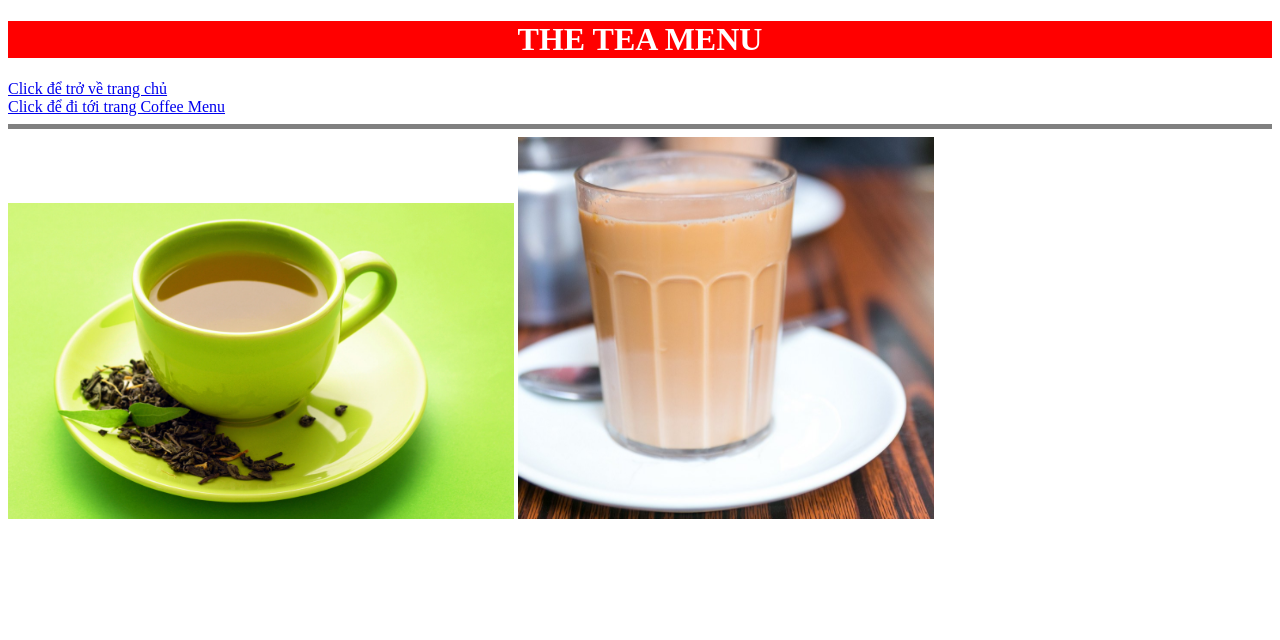
Repository: giahuy405/HomeWork_Coffee
Page: tea.html
These files come from the project's save history. The page is drawn as it stood at one moment and after the next save; the edit follows.
The browser window is 1280 px wide. The pictures show the whole page.

Above is the page before, as saved 2022-09-07 01:30:05.

### tea.html
<!DOCTYPE html>
<html lang="en">
<head>
    <meta charset="UTF-8">
    <meta http-equiv="X-UA-Compatible" content="IE=edge">
    <meta name="viewport" content="width=device-width, initial-scale=1.0">
    <title>Document</title>
    <link rel="stylesheet" href="./css/tea.css">
</head>
<body>
    <header>
        <h1 style="text-align:center;color:white;background-color:red">THE TEA MENU</h1>
        <a href="#">Click để trở về trang chủ</a>
        <br>
        <a href="#">Click để đi tới trang Coffee Menu</a>
        <hr size="5px" noshade>
    </header>
    <div class="intro-img">
        <img style="width:40%" src="./img/Green-Tea.jpg" alt="">
        <img style="40%" src="./img/milktea.png" alt="">
    </div>
</body>
</html>

Loaded but not shown: css/tea.css (no stored copy; drawn as an empty file)

After the next save:
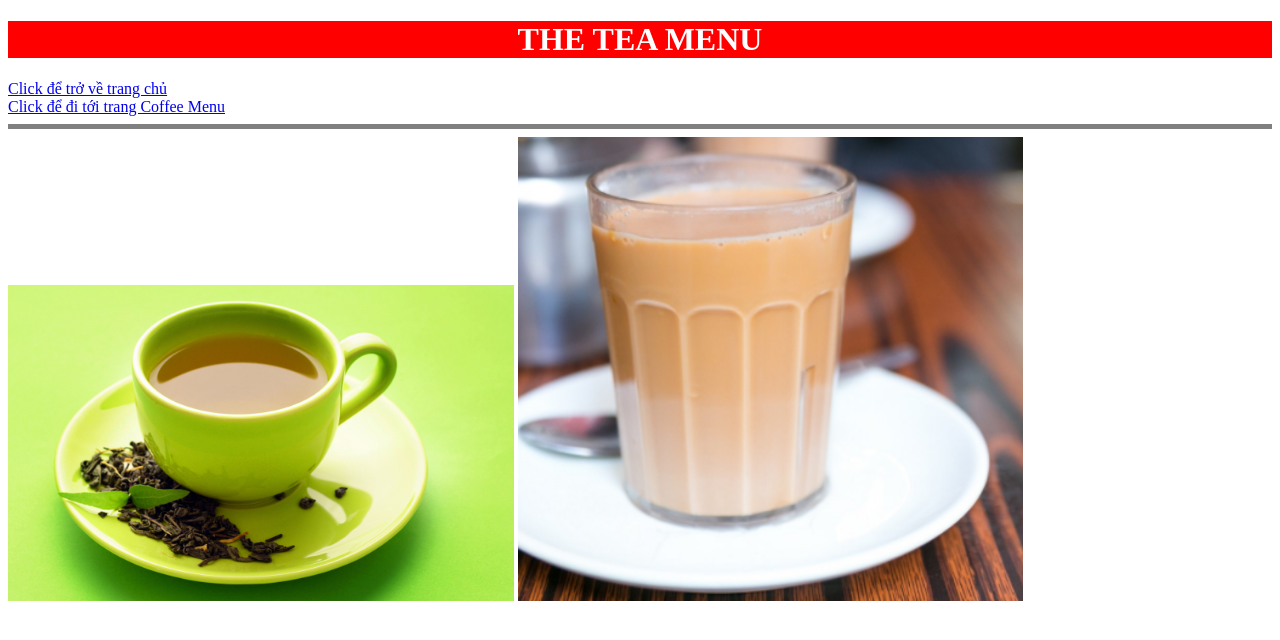
Saved 8 s later.
--- a/tea.html
+++ b/tea.html
@@ -17,7 +17,7 @@
     </header>
     <div class="intro-img">
         <img style="width:40%" src="./img/Green-Tea.jpg" alt="">
-        <img style="40%" src="./img/milktea.png" alt="">
+        <img style="width:40%" src="./img/milktea.png" alt="">
     </div>
 </body>
 </html>
